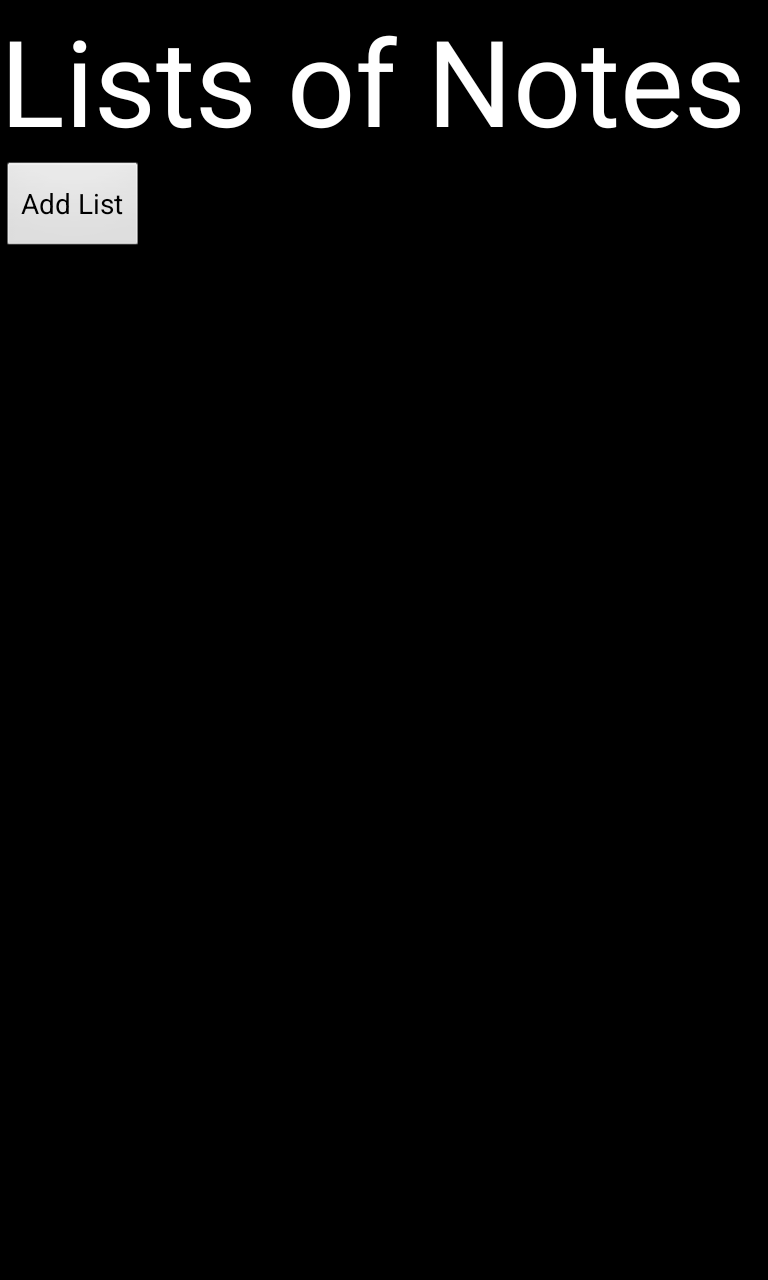
Repository: sandrapatfer/PROMPT11-10-CloudComputing.sandrapatfer
Layout: src/FinalWork/AndroidCloudNotes/AndroidCloudNotes/res/layout/tasklist_list_view.xml
These files come from the project's save history. The layout is drawn as it stood at one moment and after the next save; the edit follows.
It is drawn on a 768 x 1280 px phone screen (xhdpi) without system bars, with theme android:Theme; the app's code is not run. Lists and similar views that code fills are empty.

Above is the layout before, as saved 2012-06-03 19:57:46.

After the next save:
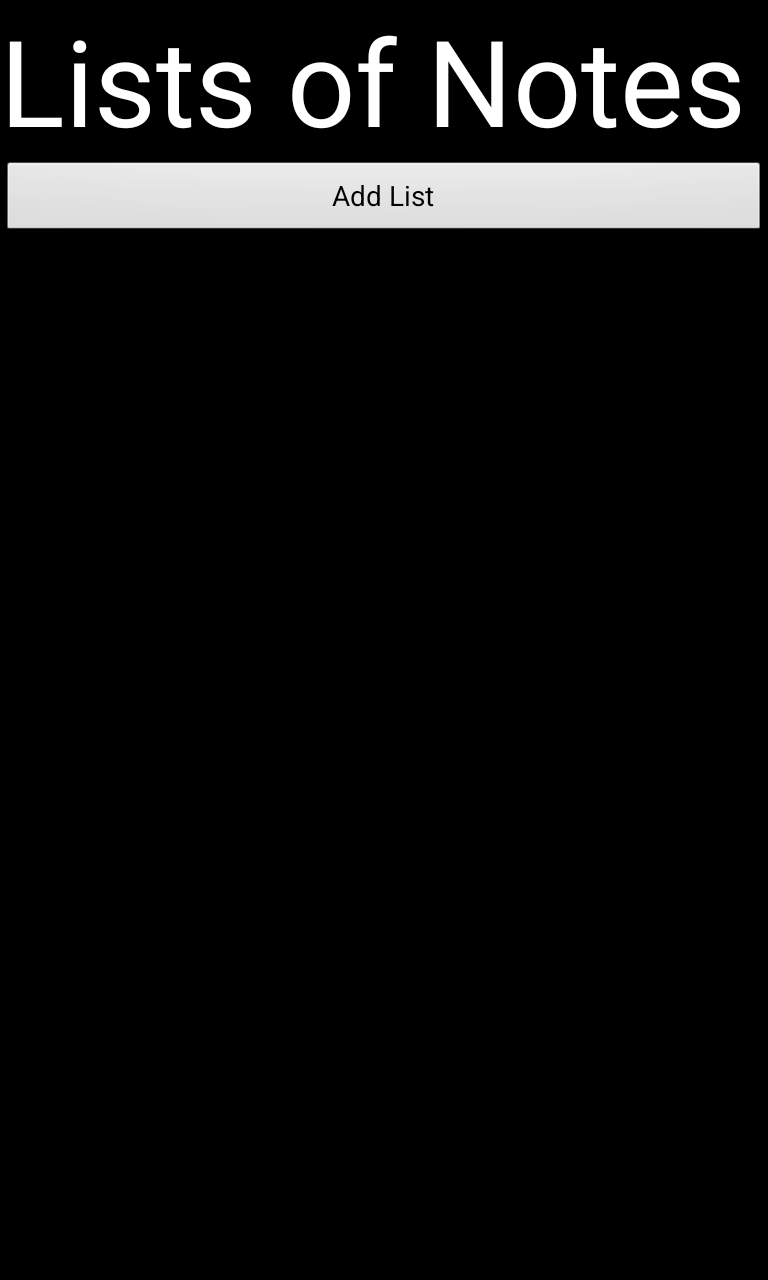
Saved 65 s later.
--- a/src/FinalWork/AndroidCloudNotes/AndroidCloudNotes/res/layout/tasklist_list_view.xml
+++ b/src/FinalWork/AndroidCloudNotes/AndroidCloudNotes/res/layout/tasklist_list_view.xml
@@ -20,8 +20,8 @@
 
     <Button
         android:id="@+id/button1"
-        android:layout_width="wrap_content"
-        android:layout_height="wrap_content"
+        android:layout_width="match_parent"
+        android:layout_height="40dp"
         android:text="@string/tasklist_createnew_label" />
 
 </LinearLayout>
